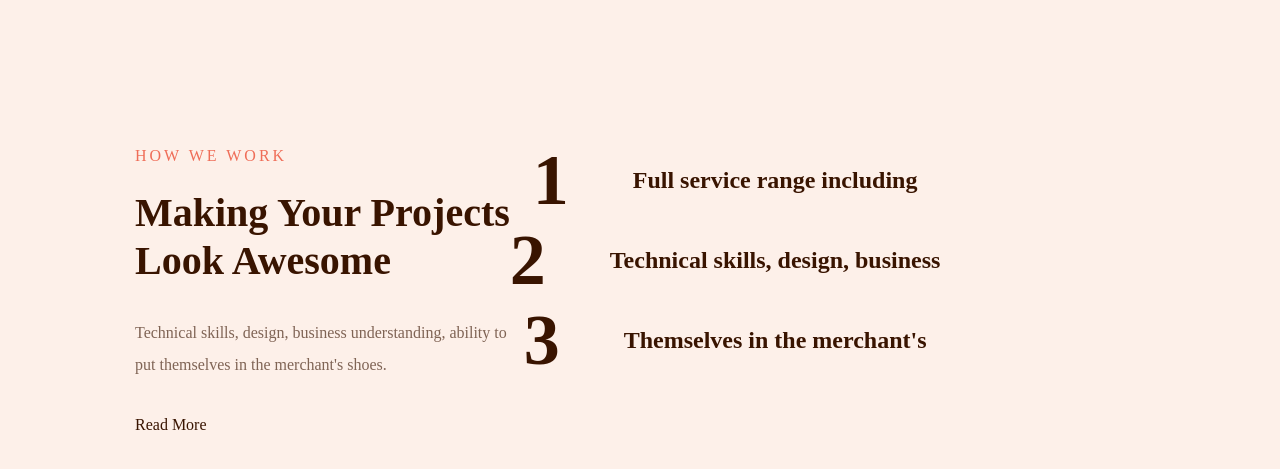
Repository: kubrazamanova/Project-3
Page: index.html
These files come from the project's save history. The page is drawn as it stood at one moment and after a run of saves; the edit follows.
The browser window is 1280 px wide. The pictures show the whole page.

Above is the page before, as saved 2023-09-13 19:18:47.

### index.html
<!DOCTYPE html>
<html lang="en">
  <head>
    <meta charset="UTF-8" />
    <meta name="viewport" content="width=device-width, initial-scale=1.0" />
    <link rel="stylesheet" href="index.css" />
    <title>Document</title>
  </head>
  <body>
    <div class="container">
   <div class="text-container">
    <h1>How we work</h1>
    <h2>
      Making Your Projects <br />
      Look Awesome
    </h2>
    <p>
      Technical skills, design, business understanding, ability to <br />
      put themselves in the merchant's shoes.
    </p>
    <a href="#"></a>
    <h3>Read More</h3>
   </div>

      <div class="lesson">
        <ul>
          <li>
            <span>1</span>
            <h4>Full service range including</h4>
          </li>
          <li>
            <span>2</span>
            <h4>Technical skills, design, business</h4>
          </li>
          <li>
            <span>3</span>
            <h4>Themselves in the merchant's</h4>
          </li>
        </ul>
      </div>
    </div>
  </body>
</html>

### index.css
* {
  margin: 0;
  padding: 0;
  box-sizing: border-box;
}

.container {
  padding: 140px 0 236px 135px;
  min-height: 100vh;
  background-color: #fdf0e9;
  display: flex;
}
.container h1 {
  color: var(--Text_Dark_Accent, #ef6d58);
  font-feature-settings: "clig" off, "liga" off;
  font-family: Epilogue;
  font-size: 16px;
  font-style: normal;
  font-weight: 400;
  line-height: 32px;
  letter-spacing: 3px;
  text-transform: uppercase;
}
.container h2 {
  margin-top: 17px;
  color: var(--Text_Dark, #391400);
  font-feature-settings: "clig" off, "liga" off;
  font-family: Epilogue;
  font-size: 40px;
  font-style: normal;
  font-weight: 800;
  line-height: 48px;
}

.container p {
  margin-top: 32px;
  color: var(--Text_Dark_Gray, rgba(57, 20, 0, 0.64));
  font-feature-settings: "clig" off, "liga" off;
  font-family: Epilogue;
  font-size: 16px;
  font-style: normal;
  font-weight: 400;
  line-height: 32px;
}

.container h3 {
  margin-top: 28px;
  color: var(--Text_Dark, #391400);
  font-feature-settings: "clig" off, "liga" off;
  font-family: Epilogue;
  font-size: 16px;
  font-style: normal;
  font-weight: 400;
  line-height: 32px;
}

.lesson ul {
display: flex;
align-items: center;
justify-content: center;
flex-direction: column;

}

.lesson ul li {
  display: flex;
    align-items: center;
  list-style-type: none;
}

.lesson ul li span {
    margin-right: 66px;
  color: #391400;
  font-feature-settings: "clig" off, "liga" off;
  font-family: Epilogue;
  font-size: 72px;
  font-style: normal;
  font-weight: 800;
  line-height: 80px;
  letter-spacing: -2px;
}

.lesson ul li h4 {
  color: var(--Text_Dark, #391400);
  font-feature-settings: "clig" off, "liga" off;
  font-family: Epilogue;
  font-size: 24px;
  font-style: normal;
  font-weight: 700;
  line-height: 32px;
}

After the next 2 saves:
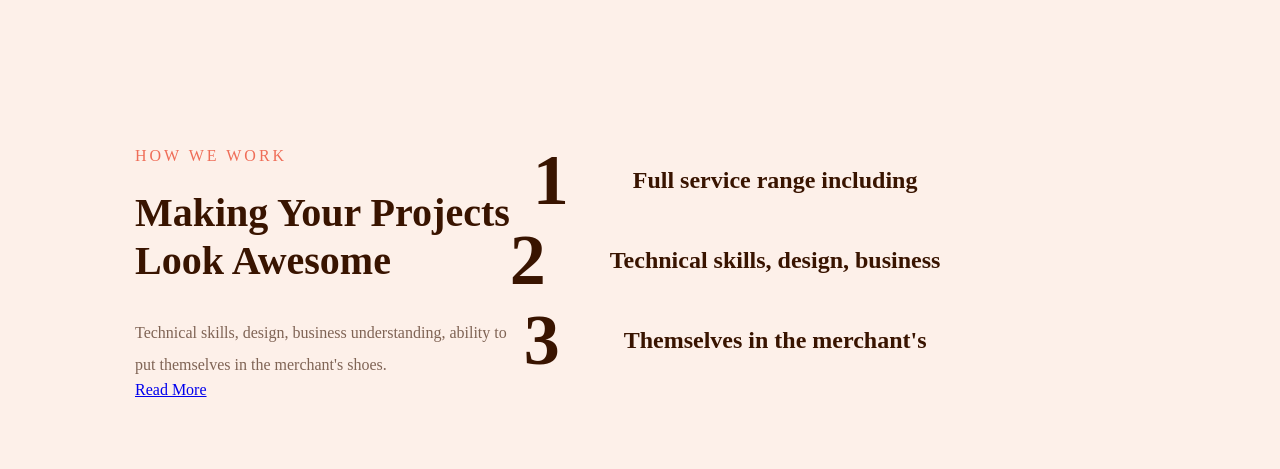
The 2 saves are shown as one change because they came seconds apart.
The last was saved 13 s later.
--- a/index.html
+++ b/index.html
@@ -18,8 +18,8 @@
       Technical skills, design, business understanding, ability to <br />
       put themselves in the merchant's shoes.
     </p>
-    <a href="#"></a>
-    <h3>Read More</h3>
+    <a href="#">Read More</a>
+
    </div>
 
       <div class="lesson">
